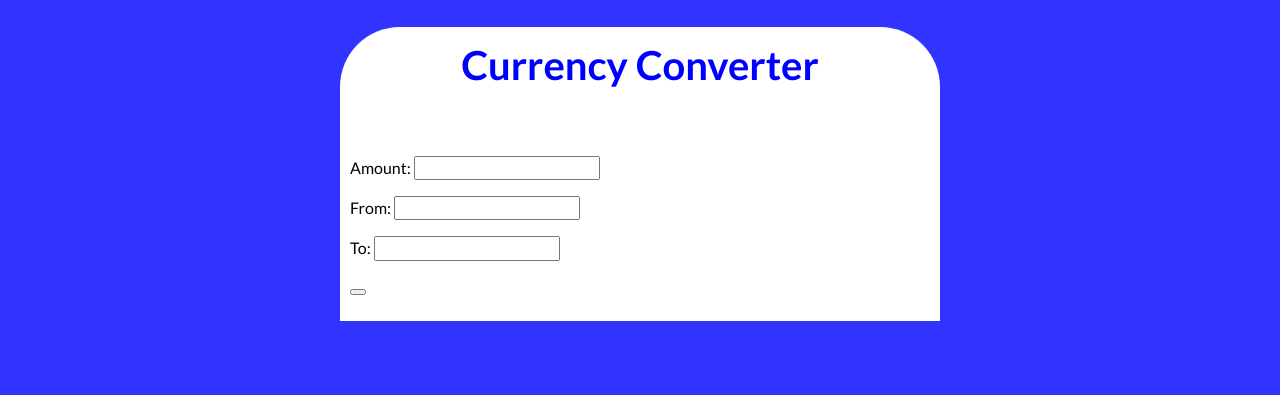
Repository: kkasperczyk/currency-converter
Page: index.html
The author's editor kept a copy of each file at every save. The page is drawn from the files as they stood at one save, then again after the next save.
The browser window is 1280 px wide. The pictures show the whole page.

Above is the page before, as saved 2020-06-15 22:25:41.

### index.html
<!DOCTYPE html>
<html lang="en">

<head>
    <meta charset="UTF-8">
    <meta name="viewport" content="width=device-width, initial-scale=1.0">
    <link rel="stylesheet" href="https://cdnjs.cloudflare.com/ajax/libs/normalize/8.0.1/normalize.min.css"
        integrity="sha256-l85OmPOjvil/SOvVt3HnSSjzF1TUMyT9eV0c2BzEGzU=" crossorigin="anonymous" />
    <link rel="stylesheet" href="css/global.css">
    <link rel="stylesheet" href="css/container.css">
    <link rel="stylesheet" href="css/header.css">
    <link rel="stylesheet" href="css/main.css">
    <script defer src="js/script.js"></script>
    <link href="https://fonts.googleapis.com/css2?family=Lato:ital,wght@0,400;0,700;1,400&display=swap"
        rel="stylesheet">
    <title>Currency Converter</title>
</head>

<body>
    <div class="container">
        <header class="header">
            <h1 class="header__title">Currency Converter</h1>
        </header>
        <main class="main">
            <form class="form">
                <p>
                    <label>
                        Amount:
                        <input type="number" name="amount">
                    </label>
                </p>
                <p>
                    <label>
                        From:
                        <input type="number" name="from-currency">
                    </label>
                </p>
                <p>
                    <label>
                        To:
                        <input type="number" name="to-currency">
                    </label>
                </p>
                <p>
                    <button type="submit"></button>
                </p>
            </form>
        </main>
    </div>
</body>

</html>

### css/global.css
html {
  box-sizing: border-box;
}

*,
::after,
::before {
  box-sizing: inherit;
}

body {
  font-family: "Lato", sans-serif;
  background-color: hsl(240, 100%, 60%);
}

### css/container.css
.container {
    max-width: 600px;
    margin: 0 auto;
    background-color: white;
    border-radius: 60px;
}

### css/header.css
.header {
    text-align: center;
    border-bottom: hsl(240, 100%, 50%);
}

.header__title {
    color: hsl(240, 100%, 50%);
    padding: 15px;
    font-size: 40px;
}

### css/main.css
.main {
    background-color: white;
    padding: 10px;
}

### js/script.js
console.log("Hi all developers! Nice to see you here.");

After the next save:
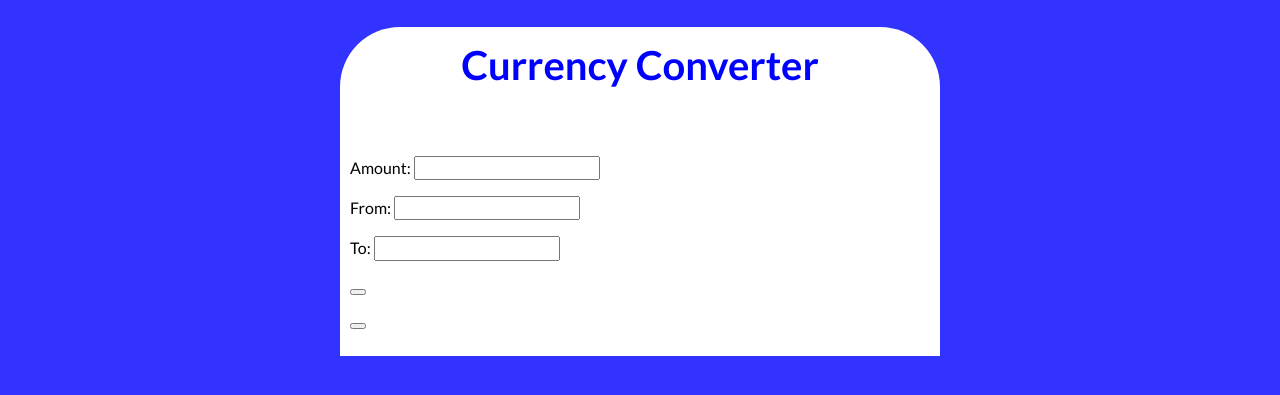
Saved 7 s later.
--- a/index.html
+++ b/index.html
@@ -44,6 +44,9 @@
                 <p>
                     <button type="submit"></button>
                 </p>
+                <p>
+                    <button type="submit"></button>
+                </p>
             </form>
         </main>
     </div>
